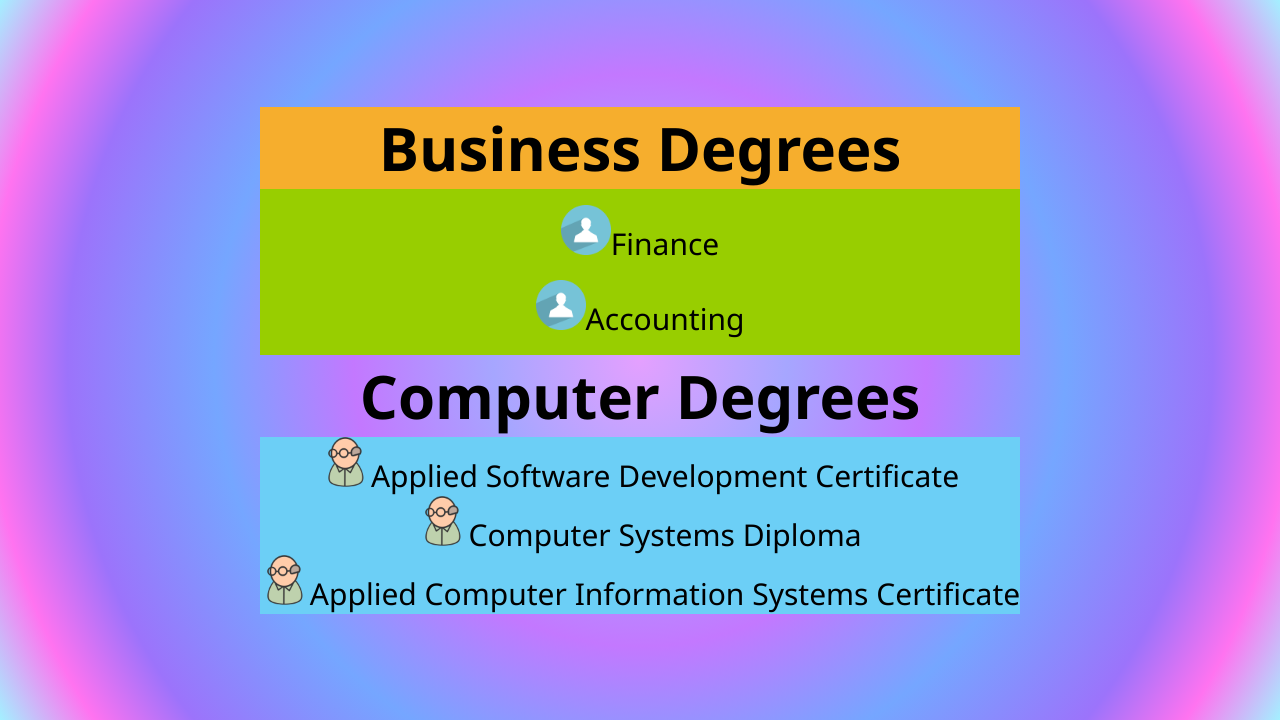
Repository: NeemaToto/mdia2109week3
Page: /
An editor plug-in stored every save of this project. The page is shown before and after the next save, followed by the edit.
The browser window is 1280 px wide. The pictures show the whole page.
The project was rebuilt for these pictures with package versions that can differ from the ones it lists, and the page was loaded fresh each time. The framework's server and built-in components were replaced by stand-ins that run in the browser. Also part of the build but not shown: next.config.js.

Above is the page before, as saved 2023-01-19 14:39:11.

### pages/index.js
import Head from 'next/head'
import Image from 'next/image'
import { Inter } from '@next/font/google'
import styles from '@/styles/Home.module.css'
import data from '../data/education.json'
import { useState } from 'react'
import Card from '../components/card'
import Link from 'next/link'

const inter = Inter({ subsets: ['latin'] })

export default function Home() {
  console.log(data);
  const [information, setInformation] = useState([...data]);

  return (
    <>
      <Head>
        <title>Departments of School</title>
        <meta name="description" content="Generated by create next app" />
        <meta name="viewport" content="width=device-width, initial-scale=1" />
        <link rel="icon" href="/degree-icon.png" />
      </Head>
      <main className={styles.main}>
        <div className={styles.degrees}>
          <div className={styles.businessContainer}>
            <h1 className={styles.h1business}>Business Degrees</h1>
            {
              information && information.map((info, index) => {
                if (info.department === "Business") {
                  return (
                    <Card key={index} degree={info.degree} colour="#98CE00" font="30px" margin-left="40px" />
                  )
                }
              })
            }
          </div>
          <div className={styles.computerContainer}>
            <h1>Computer Degrees</h1>
            {
              information && information.map((info, index) => {
                if (info.department === "Computing") {
                  return (
                    <Card key={index} degree={info.degree} colour="#6CCFF6" font="30px" />
                  )
                }
              })
            }
          </div>
        </div>
      </main>
    </>
  )
}

### styles/globals.css
:root {
  --max-width: 1100px;
  --border-radius: 12px;
  --font-mono: ui-monospace, Menlo, Monaco, 'Cascadia Mono', 'Segoe UI Mono',
    'Roboto Mono', 'Oxygen Mono', 'Ubuntu Monospace', 'Source Code Pro',
    'Fira Mono', 'Droid Sans Mono', 'Courier New', monospace;

  --foreground-rgb: 0, 0, 0;
  --background-start-rgb: 214, 219, 220;
  --background-end-rgb: 255, 255, 255;

  --primary-glow: conic-gradient(
    from 180deg at 50% 50%,
    #16abff33 0deg,
    #0885ff33 55deg,
    #54d6ff33 120deg,
    #0071ff33 160deg,
    transparent 360deg
  );
  --secondary-glow: radial-gradient(
    rgba(255, 255, 255, 1),
    rgba(255, 255, 255, 0)
  );

  --tile-start-rgb: 239, 245, 249;
  --tile-end-rgb: 228, 232, 233;
  --tile-border: conic-gradient(
    #00000080,
    #00000040,
    #00000030,
    #00000020,
    #00000010,
    #00000010,
    #00000080
  );

  --callout-rgb: 238, 240, 241;
  --callout-border-rgb: 172, 175, 176;
  --card-rgb: 180, 185, 188;
  --card-border-rgb: 131, 134, 135;
}

@media (prefers-color-scheme: dark) {
  :root {
    --foreground-rgb: 255, 255, 255;
    --background-start-rgb: 0, 0, 0;
    --background-end-rgb: 0, 0, 0;

    --primary-glow: radial-gradient(rgba(1, 65, 255, 0.4), rgba(1, 65, 255, 0));
    --secondary-glow: linear-gradient(
      to bottom right,
      rgba(1, 65, 255, 0),
      rgba(1, 65, 255, 0),
      rgba(1, 65, 255, 0.3)
    );

    --tile-start-rgb: 2, 13, 46;
    --tile-end-rgb: 2, 5, 19;
    --tile-border: conic-gradient(
      #ffffff80,
      #ffffff40,
      #ffffff30,
      #ffffff20,
      #ffffff10,
      #ffffff10,
      #ffffff80
    );

    --callout-rgb: 20, 20, 20;
    --callout-border-rgb: 108, 108, 108;
    --card-rgb: 100, 100, 100;
    --card-border-rgb: 200, 200, 200;
  }
}

* {
  box-sizing: border-box;
  padding: 0;
  margin: 0;
}

html,
body {
  max-width: 100vw;
  overflow-x: hidden;
}

body {
  color: rgb(var(--foreground-rgb));
  background: linear-gradient(
      to bottom,
      transparent,
      rgb(var(--background-end-rgb))
    )
    rgb(var(--background-start-rgb));
}

a {
  color: inherit;
  text-decoration: none;
}

@media (prefers-color-scheme: dark) {
  html {
    color-scheme: dark;
  }
}

### styles/Home.module.css
.main {
  display: flex;
  flex-direction: row;
  justify-content: center;
  align-items: center;
  padding: 6rem;
  min-height: 100vh;
  background: rgb(228,160,255);
background: radial-gradient(circle, rgba(228,160,255,1) 0%, rgba(166,166,255,1) 20%, rgba(195,120,255,1) 39%, rgba(117,166,255,1) 58%, rgba(156,115,251,1) 78%, rgba(255,115,240,1) 89%, rgba(163,240,255,1) 100%);
}

.description {
  display: inherit;
  justify-content: inherit;
  align-items: inherit;
  font-size: 0.85rem;
  max-width: var(--max-width);
  width: 100%;
  z-index: 2;
  font-family: var(--font-mono);
}

.description a {
  display: flex;
  justify-content: center;
  align-items: center;
  gap: 0.5rem;
}

.description p {
  position: relative;
  margin: 0;
  padding: 1rem;
  background-color: rgba(var(--callout-rgb), 0.5);
  border: 1px solid rgba(var(--callout-border-rgb), 0.3);
  border-radius: var(--border-radius);
}

.code {
  font-weight: 700;
  font-family: var(--font-mono);
}

.grid {
  display: grid;
  grid-template-columns: repeat(4, minmax(25%, auto));
  width: var(--max-width);
  max-width: 100%;
}

.card {
  padding: 1rem 1.2rem;
  border-radius: var(--border-radius);
  background: rgba(var(--card-rgb), 0);
  border: 1px solid rgba(var(--card-border-rgb), 0);
  transition: background 200ms, border 200ms;
}

.card span {
  display: inline-block;
  transition: transform 200ms;
}

.card h2 {
  font-weight: 600;
  margin-bottom: 0.7rem;
}

.card p {
  margin: 0;
  opacity: 0.6;
  font-size: 0.9rem;
  line-height: 1.5;
  max-width: 30ch;
}

.center {
  display: flex;
  justify-content: center;
  align-items: center;
  position: relative;
  padding: 4rem 0;
}

.center::before {
  background: var(--secondary-glow);
  border-radius: 50%;
  width: 480px;
  height: 360px;
  margin-left: -400px;
}

.center::after {
  background: var(--primary-glow);
  width: 240px;
  height: 180px;
  z-index: -1;
}

.center::before,
.center::after {
  content: '';
  left: 50%;
  position: absolute;
  filter: blur(45px);
  transform: translateZ(0);
}

.logo,
.thirteen {
  position: relative;
}

.thirteen {
  display: flex;
  justify-content: center;
  align-items: center;
  width: 75px;
  height: 75px;
  padding: 25px 10px;
  margin-left: 16px;
  transform: translateZ(0);
  border-radius: var(--border-radius);
  overflow: hidden;
  box-shadow: 0px 2px 8px -1px #0000001a;
}

.thirteen::before,
.thirteen::after {
  content: '';
  position: absolute;
  z-index: -1;
}

/* Conic Gradient Animation */
.thirteen::before {
  animation: 6s rotate linear infinite;
  width: 200%;
  height: 200%;
  background: var(--tile-border);
}

/* Inner Square */
.thirteen::after {
  inset: 0;
  padding: 1px;
  border-radius: var(--border-radius);
  background: linear-gradient(
    to bottom right,
    rgba(var(--tile-start-rgb), 1),
    rgba(var(--tile-end-rgb), 1)
  );
  background-clip: content-box;
}

/* Enable hover only on non-touch devices */
@media (hover: hover) and (pointer: fine) {
  .card:hover {
    background: rgba(var(--card-rgb), 0.1);
    border: 1px solid rgba(var(--card-border-rgb), 0.15);
  }

  .card:hover span {
    transform: translateX(4px);
  }
}

@media (prefers-reduced-motion) {
  .thirteen::before {
    animation: none;
  }

  .card:hover span {
    transform: none;
  }
}

/* Mobile */
@media (max-width: 700px) {
  .content {
    padding: 4rem;
  }

  .grid {
    grid-template-columns: 1fr;
    margin-bottom: 120px;
    max-width: 320px;
    text-align: center;
  }

  .card {
    padding: 1rem 2.5rem;
  }

  .card h2 {
    margin-bottom: 0.5rem;
  }

  .center {
    padding: 8rem 0 6rem;
  }

  .center::before {
    transform: none;
    height: 300px;
  }

  .description {
    font-size: 0.8rem;
  }

  .description a {
    padding: 1rem;
  }

  .description p,
  .description div {
    display: flex;
    justify-content: center;
    position: fixed;
    width: 100%;
  }

  .description p {
    align-items: center;
    inset: 0 0 auto;
    padding: 2rem 1rem 1.4rem;
    border-radius: 0;
    border: none;
    border-bottom: 1px solid rgba(var(--callout-border-rgb), 0.25);
    background: linear-gradient(
      to bottom,
      rgba(var(--background-start-rgb), 1),
      rgba(var(--callout-rgb), 0.5)
    );
    background-clip: padding-box;
    backdrop-filter: blur(24px);
  }

  .description div {
    align-items: flex-end;
    pointer-events: none;
    inset: auto 0 0;
    padding: 2rem;
    height: 200px;
    background: linear-gradient(
      to bottom,
      transparent 0%,
      rgb(var(--background-end-rgb)) 40%
    );
    z-index: 1;
  }
}

/* Tablet and Smaller Desktop */
@media (min-width: 701px) and (max-width: 1120px) {
  .grid {
    grid-template-columns: repeat(2, 50%);
  }
}

@media (prefers-color-scheme: dark) {
  .vercelLogo {
    filter: invert(1);
  }

  .logo,
  .thirteen img {
    filter: invert(1) drop-shadow(0 0 0.3rem #ffffff70);
  }
}

@keyframes rotate {
  from {
    transform: rotate(360deg);
  }
  to {
    transform: rotate(0deg);
  }
}

.degrees{
  font-size: 30px;
  text-align: center;
  font-family: 'Segoe UI', Tahoma, Geneva, Verdana, sans-serif;
}

.businessContainer{
  display: flex;
  flex-direction: column;
  gap: 1rem;
  background-color: #98CE00;
  padding-bottom: 1rem;
}

.businessContainer > h1{
  background-color: #F6AE2D;
}

### data/education.json
[
        {
            "studentNumber": "A0004567",
            "firstName": "Person 1",
            "gpa": 3.8,
            "department": "Business",
            "degree": "Finance",
            "graduted": 2014
        },
        {
            "studentNumber": "A0001234",
            "firstName": "Person 2",
            "gpa": 3.5,
            "department": "Business",
            "degree": "Accounting",
            "graduted": 2010
        },
        {
            "studentNumber": "A0007890",
            "firstName": "Person 3",
            "gpa": 3.2,
            "department": "Computing",
            "degree": "Applied Software Development Certificate",
            "graduted": 2018
        },
        {
            "studentNumber": "A0007828",
            "firstName": "Person 4",
            "gpa": 3.9,
            "department": "Computing",
            "degree": "Computer Systems Diploma",
            "graduted": 2021
        },
        {
            "studentNumber": "A0003425",
            "firstName": "Person 5",
            "gpa": 3.2,
            "department": "Computing",
            "degree": "Applied Computer Information Systems Certificate",
            "graduted": 2021
        }
]

### components/card/index.js
export default function Card({
    degree = "none",
    colour = "purple",
    font = 0,
    image = 'icon/personTwo.png'
}){
    return(
        <div style={{backgroundColor: colour, fontSize: font}}>
            {
                colour === "#98CE00" ? <img src={'icon/person.png'} width="50"/> :
                colour === "#6CCFF6" ? <img src={'icon/personThree.png'} width="50"/> :
                                    <img src={image} width="50"/>
            }
            {degree}
        </div>
    )
}

Loaded but not shown: pages/_app.js (common file); pages/_document.js (common file)

After the next save:
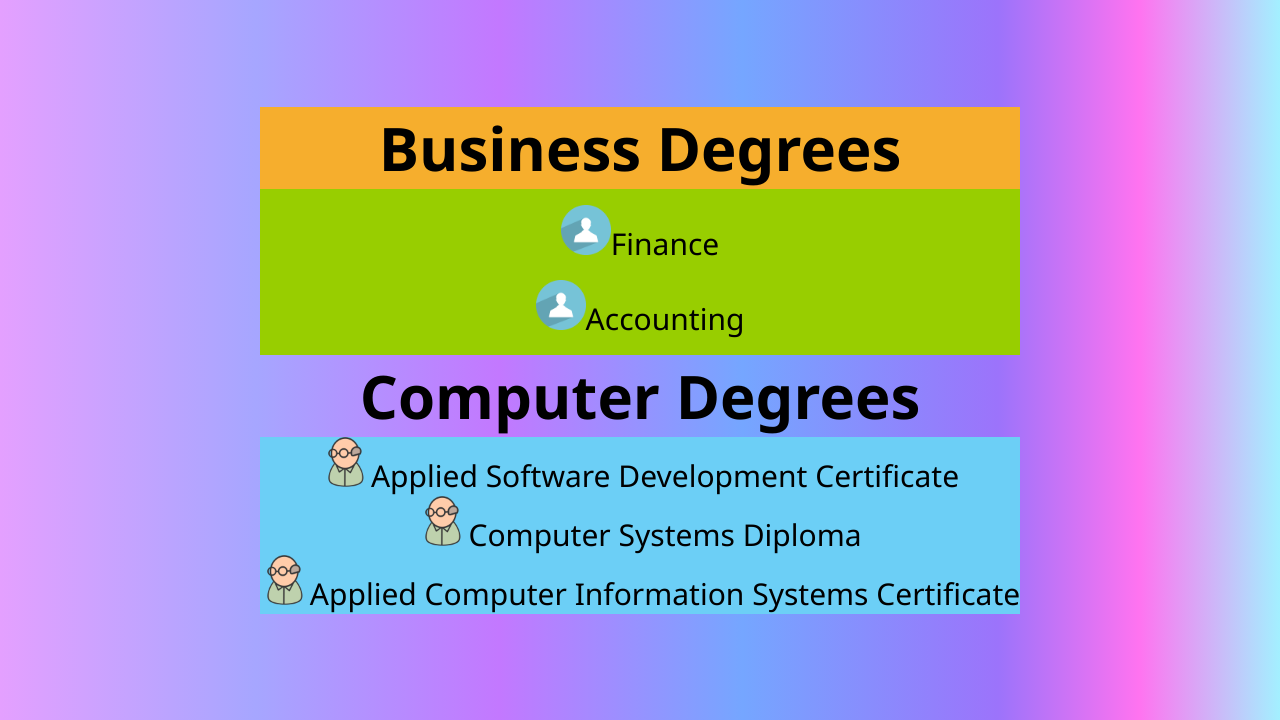
Saved 19 s later.
--- a/styles/Home.module.css
+++ b/styles/Home.module.css
@@ -6,7 +6,7 @@
   padding: 6rem;
   min-height: 100vh;
   background: rgb(228,160,255);
-background: radial-gradient(circle, rgba(228,160,255,1) 0%, rgba(166,166,255,1) 20%, rgba(195,120,255,1) 39%, rgba(117,166,255,1) 58%, rgba(156,115,251,1) 78%, rgba(255,115,240,1) 89%, rgba(163,240,255,1) 100%);
+background: linear-gradient(90deg, rgba(228,160,255,1) 0%, rgba(166,166,255,1) 20%, rgba(195,120,255,1) 39%, rgba(117,166,255,1) 58%, rgba(156,115,251,1) 78%, rgba(255,115,240,1) 89%, rgba(163,240,255,1) 100%);
 }
 
 .description {
